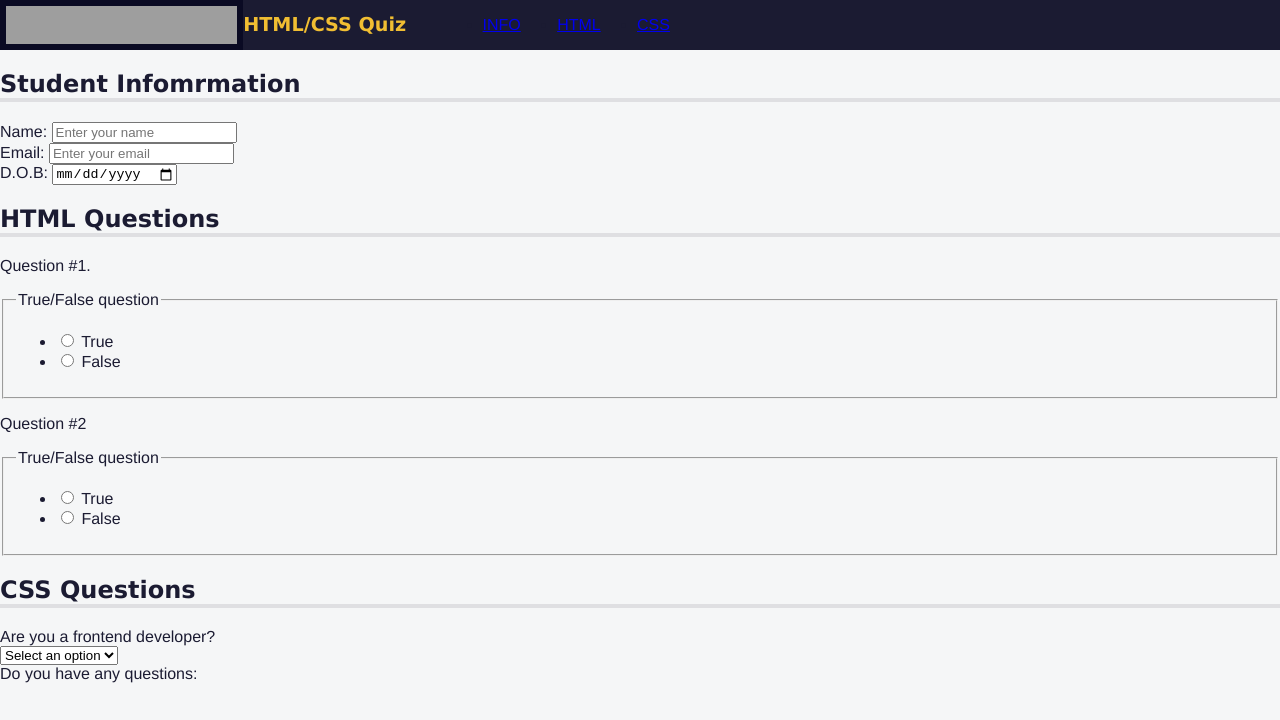
Repository: Lungdjos/accessibility_build_quiz
Page: index.html
An editor plug-in stored every save of this project. The page is shown before and after a run of saves, followed by the edit.
The browser window is 1280 px wide. The pictures show the whole page.
Pictures or frames that could not be fetched are drawn as grey boxes.

Above is the page before, as saved 2023-10-28 17:30:18.

After the next 3 saves:
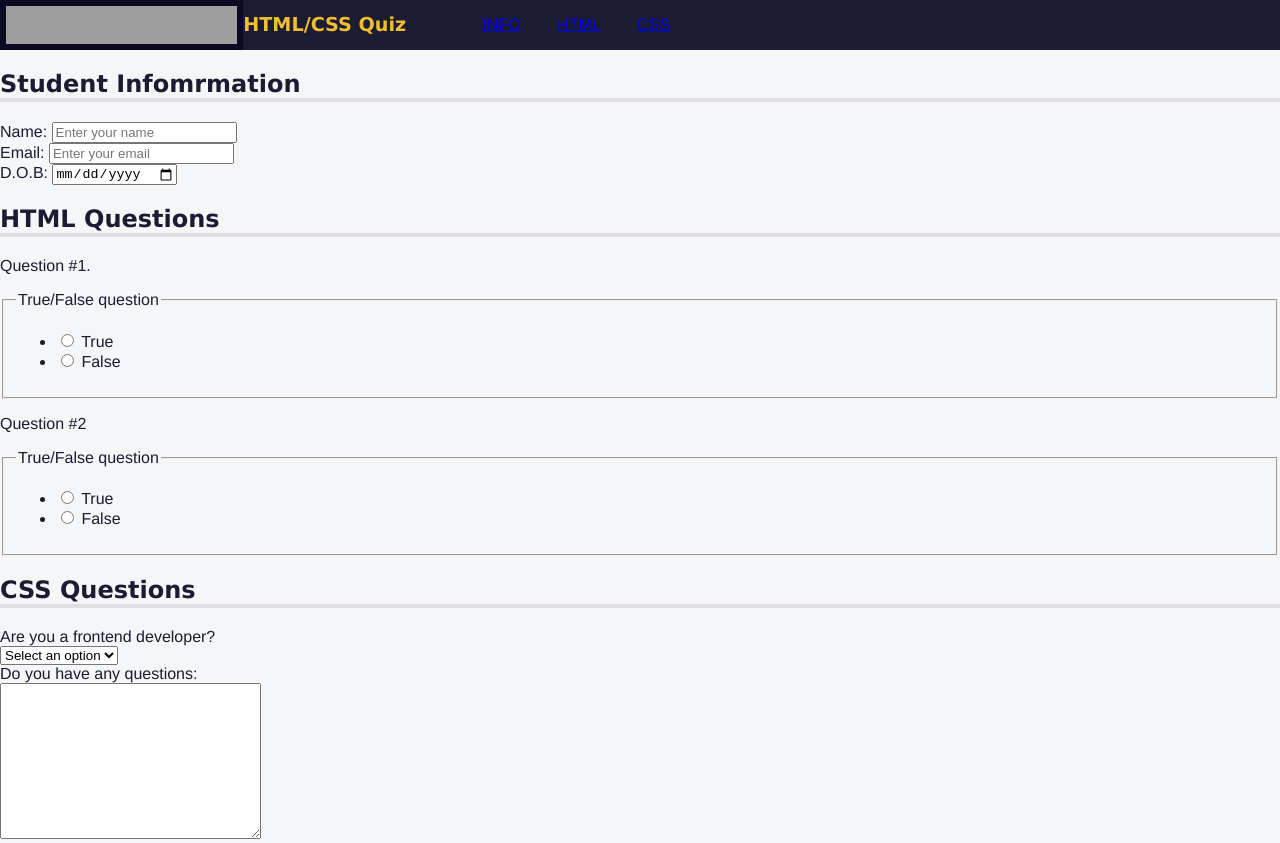
The 3 saves are shown as one change because they came seconds apart.
The last was saved 40 s later.
--- a/index.html
+++ b/index.html
@@ -102,7 +102,9 @@
                     <div class="question-block">
                         <label for="q2-css">Do you have any questions:</label>
                     </div>
-                    <div class="answer"></div>
+                    <div class="answer">
+                        <textarea name="" id="" cols="30" rows="10"></textarea>
+                    </div>
                 </div>
             </section>
         </form>
